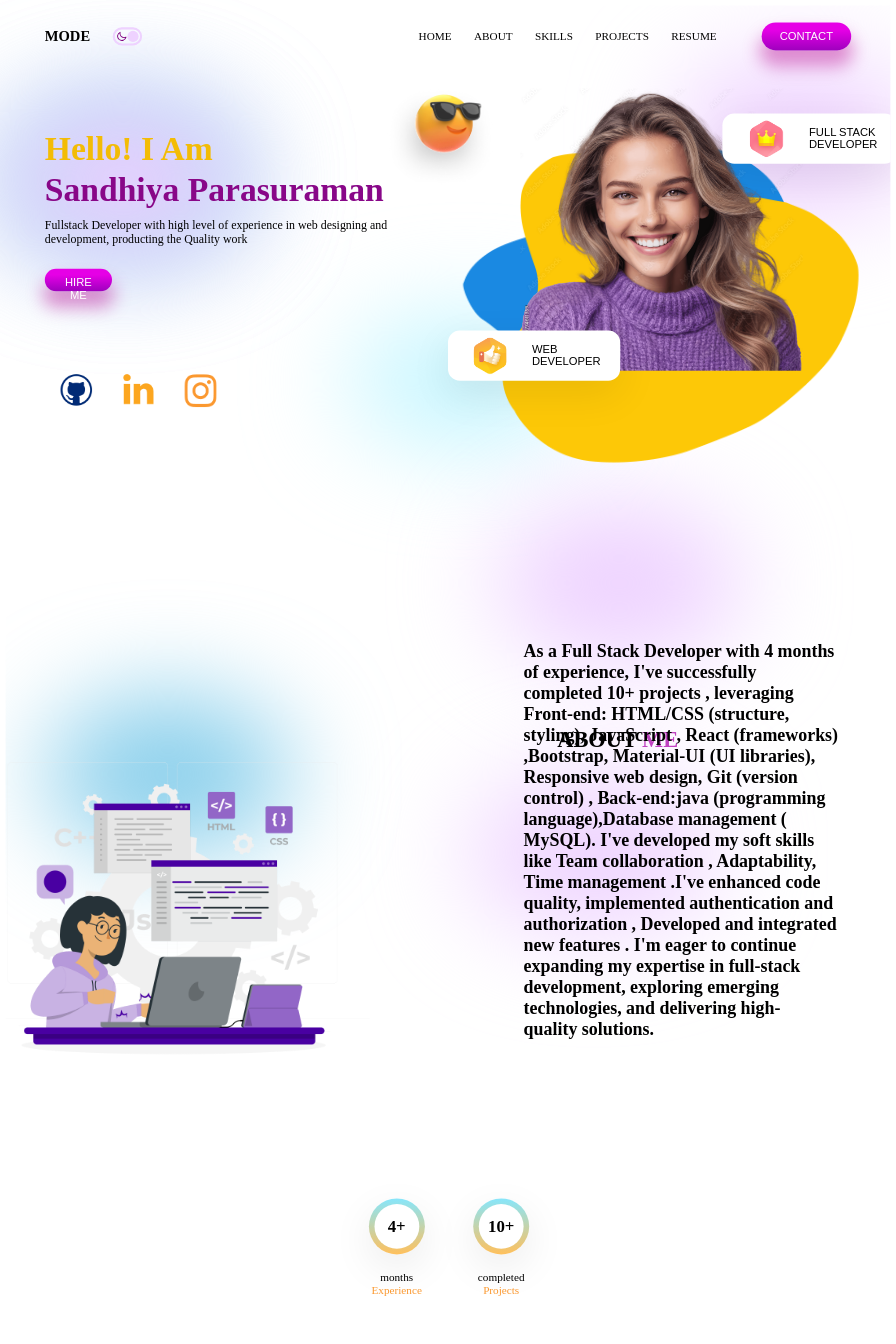
Repository: glorysandy/Protfolio
Page: /
An editor plug-in stored every save of this project. The page is shown before and after the next save, followed by the edit.
The browser window is 1280 px wide. The pictures show the part of the page from y = 0 to 1920 px (the page is 4881 px tall), at 70% of full size.
The project was rebuilt for these pictures with package versions that can differ from the ones it lists, and the page was loaded fresh each time. Imported but missing from the stored project, and not drawn on this page: src/components/Services/SANDHIYA.P (RESUME).pdf.

Above is the page before, as saved 2024-10-16 21:49:06.

After the next save:
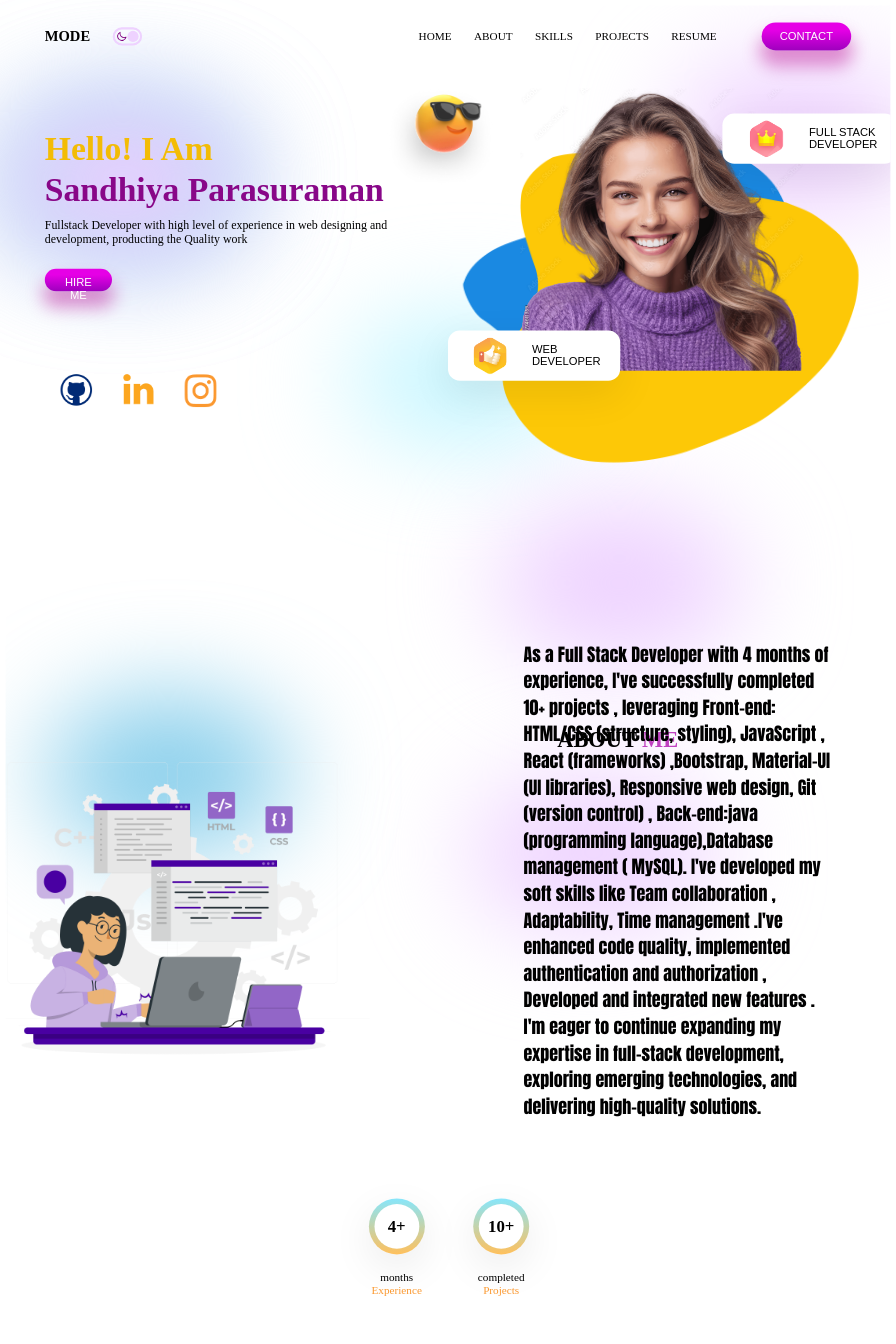
Saved 6 s later.
--- a/src/components/Testimonials/Testimonial.css
+++ b/src/components/Testimonials/Testimonial.css
@@ -49,7 +49,7 @@
 }
 .t-sen{
 font-size:1.6rem;
-font-family:;
+font-family:Impact, Haettenschweiler, 'Arial Narrow Bold', sans-serif;
 }
 .t-sen:hover{
 cursor: pointer;

After the 4 saves that followed:
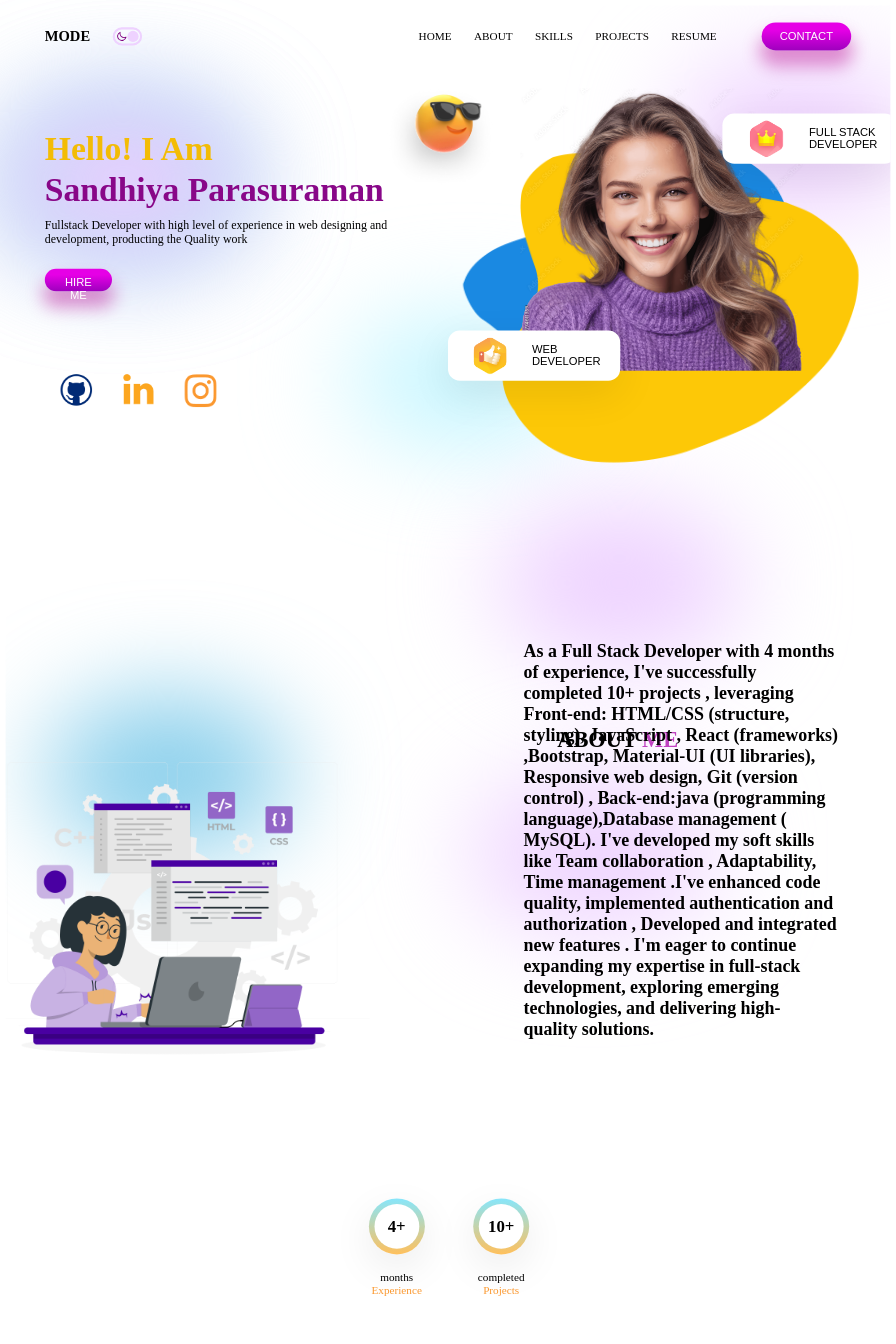
The 4 saves are shown as one change because they came seconds apart.
The last was saved 24 s later.
--- a/src/components/Testimonials/Testimonial.css
+++ b/src/components/Testimonials/Testimonial.css
@@ -49,7 +49,7 @@
 }
 .t-sen{
 font-size:1.6rem;
-font-family:Impact, Haettenschweiler, 'Arial Narrow Bold', sans-serif;
+font-family: ;
 }
 .t-sen:hover{
 cursor: pointer;
